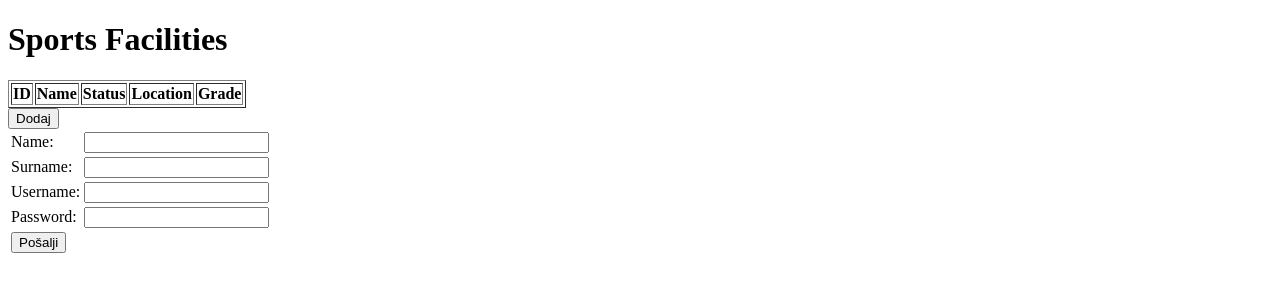
Repository: markovicuros/Fitpass-web
Page: FitnessCenter/WebContent/index.html
An editor plug-in stored every save of this project. The page is shown before and after the next save, followed by the edit.
The browser window is 1280 px wide. The pictures show the whole page.
The page's requests for data from a server got no answer.

Above is the page before, as saved 2022-06-19 23:17:21.

After the next save:
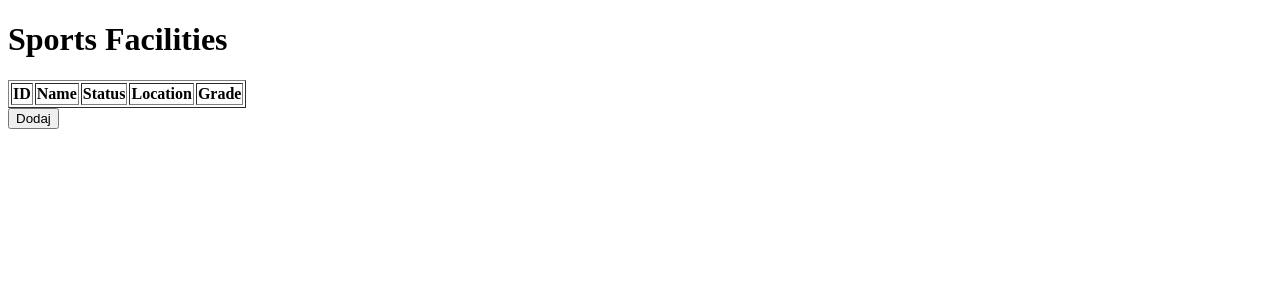
Saved 63 s later.
--- a/FitnessCenter/WebContent/index.html
+++ b/FitnessCenter/WebContent/index.html
@@ -32,7 +32,7 @@
 
         </tr>
     </table>
-    <button v-on.:click="showForm(e)">Dodaj</button>
+    <button @click.prevent="showForm()">Dodaj</button>
     </form>
 			<form id="forma" @submit="createOrEditProduct" v-bind:hidden="mode=='BROWSE'" >
 
